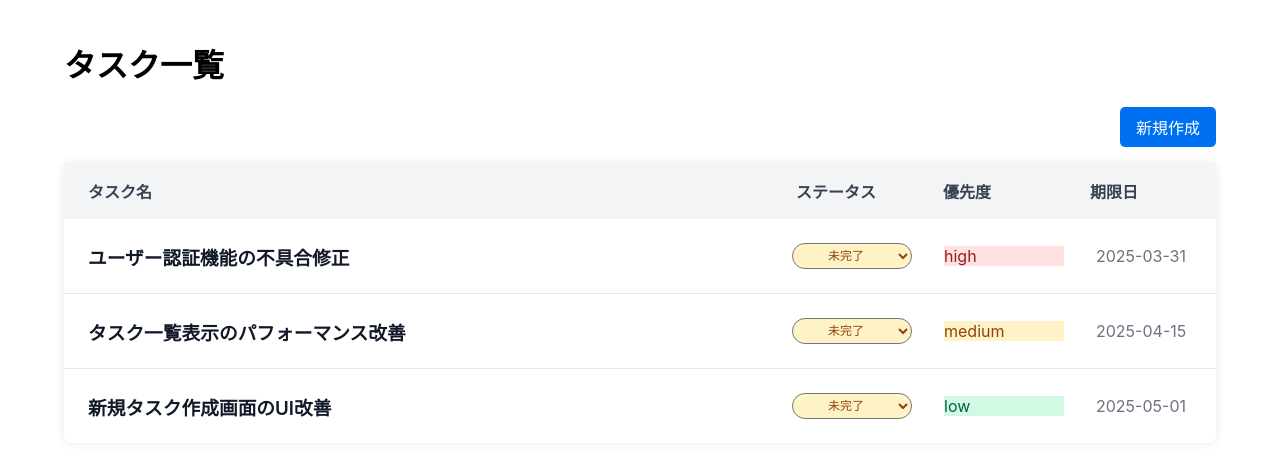
Repository: s1ros75/react-task-app
Page: /tasks
The author's editor kept a copy of each file at every save. The page is drawn from the files as they stood at one save, then again after a run of saves.
The browser window is 1280 px wide. The pictures show the whole page.
The project was rebuilt for these pictures with package versions that can differ from the ones it lists, and the page was loaded fresh each time. Also part of the build but not shown: vite.config.ts, src/styles/home.module.css, src/pages/home/index.tsx, src/features/tasks/hooks/getTaskById.ts, src/features/tasks/styles/taskDetail.module.css, src/features/tasks/components/TaskDetail.tsx, src/features/tasks/hooks/deleteTask.ts, src/features/tasks/components/TaskDeleteButton.tsx and 9 more.

Above is the page before, as saved 2026-01-17 23:51:25.

### src/main.tsx
import { StrictMode } from "react";
import { createRoot } from "react-dom/client";
import "./index.css";
import App from "./App.tsx";
import { BrowserRouter } from "react-router-dom";

const rootElement = document.getElementById("root");

createRoot(rootElement!).render(
  <StrictMode>
    <BrowserRouter>
      <App />
    </BrowserRouter>
  </StrictMode>
);

### src/index.css
:root {
  font-family: Inter, system-ui, Avenir, Helvetica, Arial, sans-serif;
}

body {
  margin: 0;
  padding: 0;
  font-family: var(--font-family);
}

### src/App.tsx
import { Route, Routes } from "react-router-dom";
import HomePage from "./pages/home";
import TaskListPage from "./pages/tasks/taskListPage";
import TaskDetailPage from "./pages/tasks/taskDetailPage";
import TaskCreatePage from "./pages/tasks/taskCreatePage";
import TaskEditPage from "./pages/tasks/taskEditPage";

function App() {
  return (
    <Routes>
      <Route path="/" element={<HomePage />} />
      <Route path="/tasks" element={<TaskListPage />} />
      <Route path="/tasks/:id" element={<TaskDetailPage />} /> {/* タスクの詳細ページのルーティングを追加 */}
      <Route path="/tasks/new" element={<TaskCreatePage />} /> {/* タスク作成ページへのルーティングを追加 */}
      <Route path="/tasks/:id/edit" element={<TaskEditPage />} />  {/* タスク編集ページのルーティング */}
    </Routes>
  );
}

export default App;

### src/pages/tasks/taskListPage.tsx
import TaskListContainer from "../../features/tasks/containers/TaskListContainer";

export default function TaskListPage() {
  return (
    <div>
      <TaskListContainer /> {/* タスク一覧コンポーネントを読み込む */}
    </div>
  );
}

### src/features/tasks/containers/TaskListContainer.tsx
import { Link } from "react-router-dom";
import { useEffect, useState } from "react";
import { getTasks } from "../hooks/getTasks";
import type { Task } from "../../../types/task";
import TaskCard from "../components/TaskCard";
import styles from "../styles/TaskListContainer.module.css";
import { updateTask } from "../hooks/updateTask"; // updateTask関数をインポート

export default function TaskListContainer() {
  const [tasks, setTasks] = useState<Task[]>([]);

  // データを取得する関数を独立させる（更新後にも呼べるようにするため）
  const fetchTasks = async () => {
    const fetchedTasks = await getTasks();
    setTasks(fetchedTasks);
  };

  useEffect(() => {
    fetchTasks();
  }, []);

  const handleToggleStatus = async (taskId: Task["id"], newStatus: boolean) => {
    await updateTask(String(taskId), { status: newStatus });
    await fetchTasks(); // ここで関数として正しく呼び出す
  };

  return (
    <div className={styles.container}>
      <h1>タスク一覧</h1>
      <div className={styles.taskListHeader}>
        {" "}
        <Link to="/tasks/new" className={styles.newTaskLink}>
          新規作成
        </Link>
      </div>
      <div className={styles.tableContainer}>
        <div className={styles.header}>
          <div>タスク名</div>
          <div>ステータス</div>
          <div>優先度</div> {/* ← この列に対応するデータが */}
          <div>期限日</div> {/* ← TaskCard 内にあるか確認が必要 */}
        </div>
        <div className={styles.taskList}>
          {tasks.map((task) => (
            <TaskCard
              key={task.id}
              task={task}
              onToggleStatus={handleToggleStatus} // 更新用関数を渡す必要がある場合
            />
          ))}
        </div>
      </div>
    </div>
  );
}

### src/features/tasks/hooks/getTasks.ts
import type { Task } from "../../../types/task";
import { mockTasks } from "../mocks/task";

export const getTasks = (): Promise<Task[]> => {
  return new Promise((resolve) => {
    setTimeout(() => resolve([...mockTasks]));
  });
};

### src/features/tasks/components/TaskCard.tsx
import { Link } from "react-router-dom";
import styles from "../styles/taskCard.module.css";
import { getPriorityClass } from "../utils/priority"; // getPriorityClass関数をimport
import { getStatusLabel } from "../utils/status-label"; // getStatusLabel関数をimport
import type { Task } from "../../../types/task";

export default function TaskCard({ task, onToggleStatus }: Props) {

  const handleStatusChange = (e: React.ChangeEvent<HTMLSelectElement>) => {
    const newStatus = e.target.value === "true";
    if (onToggleStatus) {
      onToggleStatus(task.id, newStatus);
    }
  };

  return (
    <div className={styles.taskCard}>
      {/* 1. タイトル */}
      <Link to={`/tasks/${task.id}`} className={styles.detailLink}>
        <h3 className={styles.taskTitle}>{task.title}</h3>
      </Link>

      {/* 2. ステータス */}
      <select
        value={task.status ? "true" : "false"}
        onChange={handleStatusChange}
        className={`${styles.badge} ${task.status ? styles.completed : styles.incomplete}`}
      >
        <option value="false">{getStatusLabel(false)}</option>
        <option value="true">{getStatusLabel(true)}</option>
      </select>

      {/* --- ここから追加 --- */}

      {/* 3. 優先度 */}
      <div className={`${styles.priority} ${getPriorityClass(task.priority, styles)}`}>
        {task.priority}
      </div>

      {/* 4. 期限日 */}
      <div className={styles.dueDate}>
        {task.dueDate}
      </div>

    </div>
  );
}

// type Props = {
//   task: Task;
//   onToggleStatus: (taskId: Task['id'], newStatus: boolean) => void;
// };

// export default function TaskCard({ task, onToggleStatus }: Props) {  // onToggleStatusをpropsで受け取る

//   // ステータス変更時のハンドラー
//   const handleStatusChange = (e: React.ChangeEvent<HTMLSelectElement>) => {
//     const newStatus = e.target.value === "true";
//     if (onToggleStatus) {
//       onToggleStatus(task.id, newStatus);
//     }
//   };

//   return (
//     <div className={styles.taskCard}>
//       <Link to={`/tasks/${task.id}`} className={styles.detailLink}>
//         <h3 className={styles.taskTitle}>{task.title}</h3>
//       </Link>
//       {/* ステータスをセレクトボックスに変更 */}
//       <select
//         value={task.status ? "true" : "false"}
//         onChange={handleStatusChange}
//         className={`${styles.badge} ${task.status ? styles.completed : styles.incomplete}`}
//       >
//         <option value="false">{getStatusLabel(false)}</option>  {/* 未完了の場合のラベル */}
//         <option value="true">{getStatusLabel(true)}</option>    {/* 完了の場合のラベル */}
//       </select>
//     </div>
//   );
// }

### src/features/tasks/styles/TaskListContainer.module.css
.container {
  width: 90%;
  max-width: 1400px;
  margin: 40px auto;
}

.tableContainer {
  margin: 0 auto;
  background-color: white;
  border-radius: 0.5rem;
  box-shadow: 0 0 10px rgba(0, 0, 0, 0.1);
}

.header {
  display: grid;
  grid-template-columns: 1fr 115px 115px 110px;
  column-gap: 2rem;
  align-items: center;
  padding: 1rem 1rem 1rem 1.5rem;
  background-color: #f3f4f6;
  font-weight: 600;
  color: #374151;
}

.taskList {
  display: flex;
  flex-direction: column;
}

.taskList > *:not(:last-child) {
  border-bottom: 1px solid #e5e7eb;
}

.taskListHeader {
  text-align: right;
  margin-bottom: 1rem;
}

.newTaskLink {
  display: inline-block;
  background-color: #0070f3;
  color: white;
  padding: 0.5rem 1rem;
  border-radius: 5px;
  text-decoration: none;
  font-size: 1rem;
  transition: background-color 0.3s ease;
}

.newTaskLink:hover {
  background-color: #0051bb;
}

### src/features/tasks/hooks/updateTask.ts
import type { Task, TaskFormData } from "../../../types/task";
import { mockTasks } from "../mocks/task";

export const updateTask = (id: string, taskData: TaskFormData): Promise<Task | null> => {
  return new Promise((resolve) => {
    setTimeout(() => {
      const index = mockTasks.findIndex((task) => task.id === Number.parseInt(id));
      if (index !== -1) {
        mockTasks[index] = {
          ...mockTasks[index],
          ...taskData,
          updatedAt: new Date().toISOString(),
        };
        resolve(mockTasks[index]);
      } else {
        resolve(null);
      }
    }, 500);
  });
};

### src/features/tasks/mocks/task.ts
import type { Task } from "../../../types/task";

export const mockTasks: Task[] = [
  {
    id: 1,
    title: "ユーザー認証機能の不具合修正",
    description: "ユーザーがログイン時に、不正なトークンエラーが発生する問題を修正します。",
    status: false,
    priority: "high",
    dueDate: "2025-03-31",
    createdAt: "2025-02-17T10:00:00Z",
    updatedAt: "2025-02-17T10:00:00Z",
  },
  {
    id: 2,
    title: "タスク一覧表示のパフォーマンス改善",
    description:
      "タスク一覧ページで、タスクが大量にある場合の表示遅延を改善します。不要な再レンダリングを防ぐため、コンポーネントの最適化を実施してください。",
    status: false,
    priority: "medium",
    dueDate: "2025-04-15",
    createdAt: "2025-02-17T10:00:00Z",
    updatedAt: "2025-02-17T10:00:00Z",
  },
  {
    id: 3,
    title: "新規タスク作成画面のUI改善",
    description:
      "新規タスク作成画面の入力フォームのユーザビリティ向上を図ります。エラーメッセージの明示化や、入力フィールドのデザインを改善してください。",
    status: false,
    priority: "low",
    dueDate: "2025-05-01",
    createdAt: "2025-02-17T10:00:00Z",
    updatedAt: "2025-02-17T10:00:00Z",
  },
];

### src/features/tasks/styles/taskCard.module.css
.taskCard {
  display: grid;
  grid-template-columns: 1fr 120px 120px 120px;
  column-gap: 2rem;
  align-items: center;
  transition: background-color 0.2s ease;
}

.taskCard:hover {
  background-color: #f9fafb;
}

.detailLink {
  height: 100%;
  display: flex;
  align-items: center;
  text-decoration: none;
  padding-left: 1.5rem;
  transition: color 0.2s ease;
}

.detailLink:hover .taskTitle {
  color:rgb(56, 92, 202);
}

.taskTitle {
  font-weight: 600;
  color: #111827;
  margin: 0;
}

.badge {
  display: inline-block;
  padding: 0.25rem 0.5rem;
  margin: 1.5rem 0;
  border-radius: 9999px;
  font-size: 0.75rem;
  font-weight: 500;
  text-align: center;
  cursor: pointer;
}

.completed {
  background-color: #d1fae5;
  color: #065f46;
}

.incomplete {
  background-color: #fef3c7;
  color: #92400e;
}

.highPriority {
  background-color: #fee2e2;
  color: #991b1b;
}

.mediumPriority {
  background-color: #fef3c7;
  color: #92400e;
}

.lowPriority {
  background-color: #d1fae5;
  color: #065f46;
}

.defaultPriority {
  background-color: #e5e7eb;
  color: #374151;
}

.dueDate {
  color: #6b7280;
}

### src/features/tasks/utils/priority.ts
import type { Priority } from "../../../types/task";

// 優先度に応じたスタイルクラスを返す関数
export const getPriorityClass = (
  priority: Priority, // 優先度（high | medium | low）などの文字列（Priority型）
  styles: Record<string, string> // スタイルモジュール（key-value形式のオブジェクト）
): string => {
  switch (priority.toLowerCase()) {
    case "high":
      return styles.highPriority;
    case "medium":
      return styles.mediumPriority;
    case "low":
      return styles.lowPriority;
    default:
      return styles.defaultPriority;
  }
};

### src/features/tasks/utils/status-label.ts
// ステータス（true/false）に応じて表示ラベルを返す
export const getStatusLabel = (status: boolean): string => {
  return status ? "完了" : "未完了";
};

Loaded but not shown: index.html (common file)

After the next 2 saves:
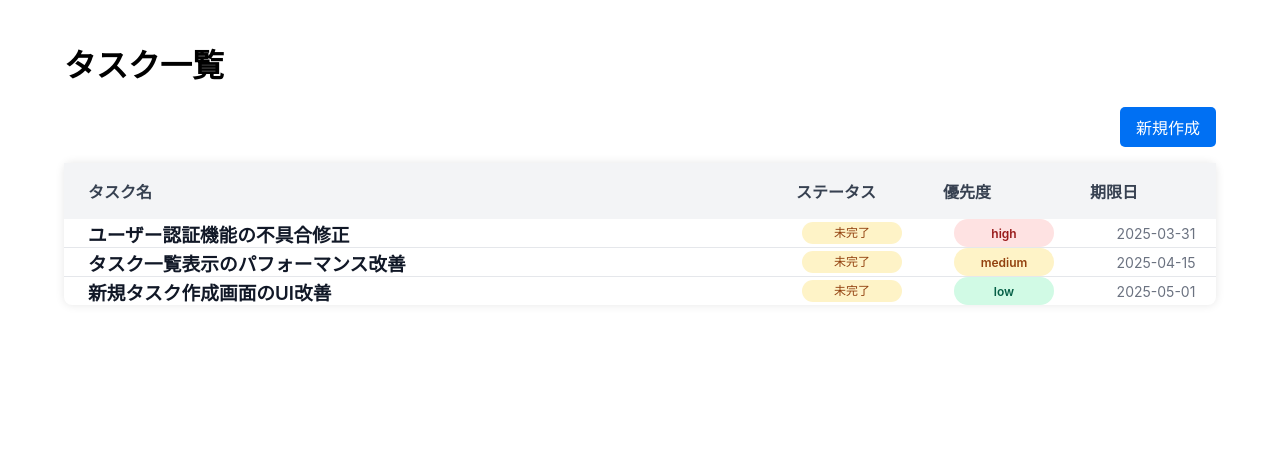
The 2 saves are shown as one change because they came seconds apart.
The last was saved 6 min 52 s later.
--- a/src/features/tasks/styles/taskCard.module.css
+++ b/src/features/tasks/styles/taskCard.module.css
@@ -50,6 +50,26 @@
   color: #92400e;
 }
 
+/* 優先度の共通ベーススタイル */
+.highPriority,
+.mediumPriority,
+.lowPriority,
+.defaultPriority {
+  display: flex;            /* Flexboxを使用 */
+  align-items: center;      /* 垂直中央 */
+  justify-content: center;  /* 水平中央 */
+
+  height: 28px;             /* 高さを固定して揃える */
+  width: 100px;             /* 幅を固定して中央寄せを際立たせる */
+  margin: 0 auto;           /* gridセル内での中央寄せ */
+
+  border-radius: 9999px;    /* 完全に丸いカプセル型 */
+  font-size: 0.75rem;
+  font-weight: 600;
+  text-align: center;
+}
+
+/* 個別色設定（背景色と文字色） */
 .highPriority {
   background-color: #fee2e2;
   color: #991b1b;
@@ -65,11 +85,18 @@
   color: #065f46;
 }
 
-.defaultPriority {
-  background-color: #e5e7eb;
-  color: #374151;
+/* 期限日の表示も中央に寄せる */
+.dueDate {
+  text-align: center;
+  color: #6b7280;
+  font-size: 0.875rem;
 }
 
-.dueDate {
-  color: #6b7280;
+/* ステータスセレクトボックスの調整 */
+.badge {
+  /* ...既存のスタイル... */
+  width: 100px;             /* 優先度と幅を合わせると綺麗です */
+  margin: 0 auto;           /* 中央寄せ */
+  border: none;             /* セレクトボックスの枠線を消すとバッジらしくなります */
+  appearance: none;         /* デフォルトの矢印を消す（任意） */
 }

After the 2 saves that followed:
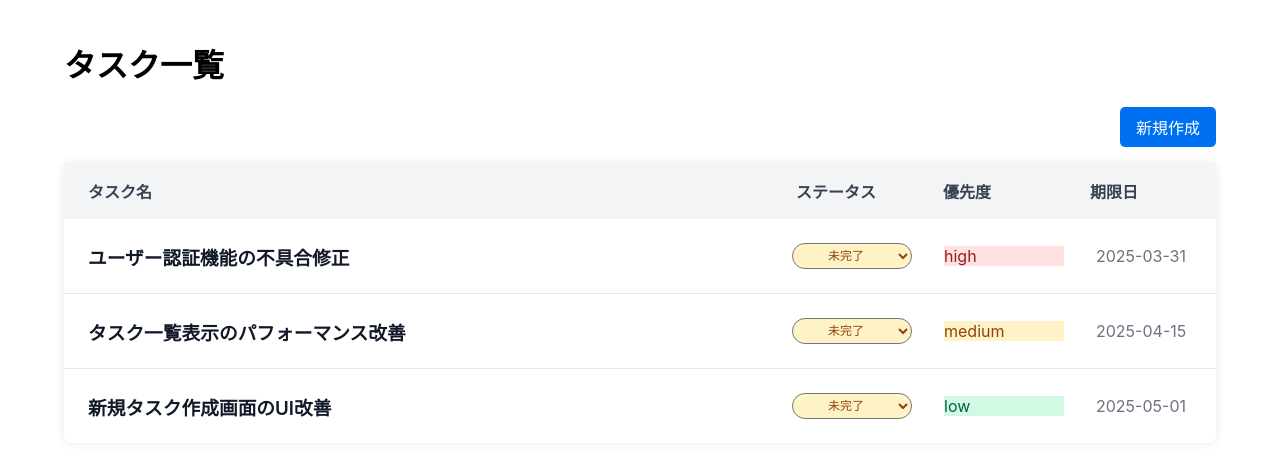
The 2 saves are shown as one change because they came seconds apart.
The last was saved 13 s later.
--- a/src/features/tasks/styles/taskCard.module.css
+++ b/src/features/tasks/styles/taskCard.module.css
@@ -50,26 +50,6 @@
   color: #92400e;
 }
 
-/* 優先度の共通ベーススタイル */
-.highPriority,
-.mediumPriority,
-.lowPriority,
-.defaultPriority {
-  display: flex;            /* Flexboxを使用 */
-  align-items: center;      /* 垂直中央 */
-  justify-content: center;  /* 水平中央 */
-
-  height: 28px;             /* 高さを固定して揃える */
-  width: 100px;             /* 幅を固定して中央寄せを際立たせる */
-  margin: 0 auto;           /* gridセル内での中央寄せ */
-
-  border-radius: 9999px;    /* 完全に丸いカプセル型 */
-  font-size: 0.75rem;
-  font-weight: 600;
-  text-align: center;
-}
-
-/* 個別色設定（背景色と文字色） */
 .highPriority {
   background-color: #fee2e2;
   color: #991b1b;
@@ -85,18 +65,11 @@
   color: #065f46;
 }
 
-/* 期限日の表示も中央に寄せる */
-.dueDate {
-  text-align: center;
-  color: #6b7280;
-  font-size: 0.875rem;
+.defaultPriority {
+  background-color: #e5e7eb;
+  color: #374151;
 }
 
-/* ステータスセレクトボックスの調整 */
-.badge {
-  /* ...既存のスタイル... */
-  width: 100px;             /* 優先度と幅を合わせると綺麗です */
-  margin: 0 auto;           /* 中央寄せ */
-  border: none;             /* セレクトボックスの枠線を消すとバッジらしくなります */
-  appearance: none;         /* デフォルトの矢印を消す（任意） */
+.dueDate {
+  color: #6b7280;
 }
